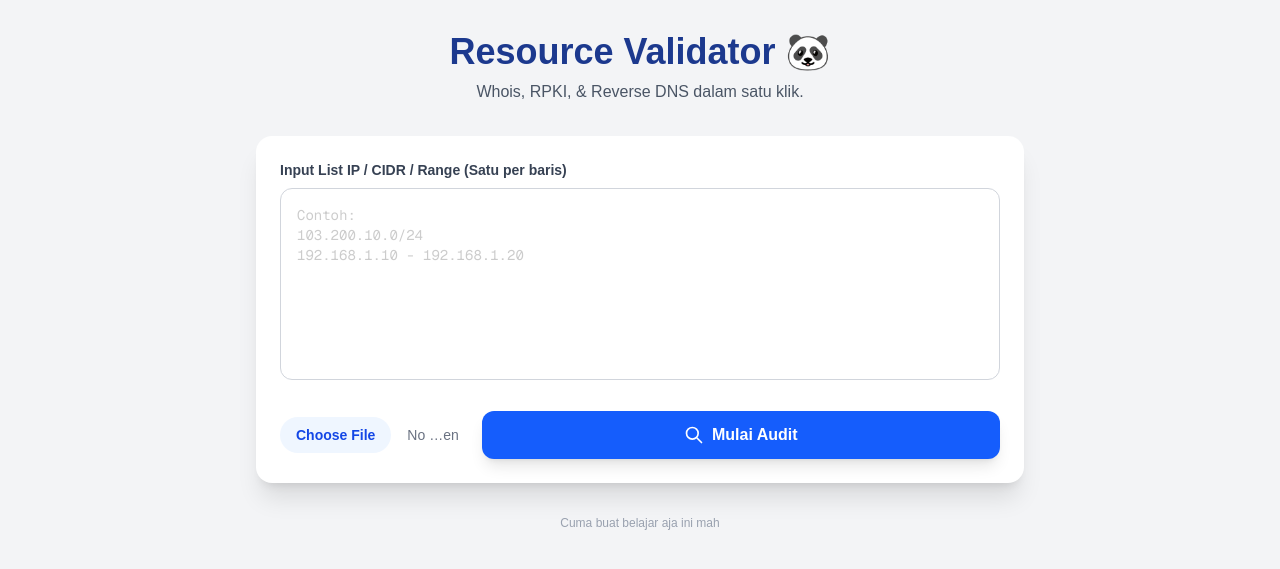
Repository: KilluaProject/resource_validator
Page: /
The author's editor kept a copy of each file at every save. The page is drawn from the files as they stood at one save, then again after the next save.
The browser window is 1280 px wide. The pictures show the whole page.
The project was rebuilt for these pictures with package versions that can differ from the ones it lists, and the page was loaded fresh each time. The framework's server and built-in components were replaced by stand-ins that run in the browser. Also part of the build but not shown: next.config.ts, components/ResultModal.tsx.

Above is the page before, as saved 2026-01-07 22:55:34.

After the next save:
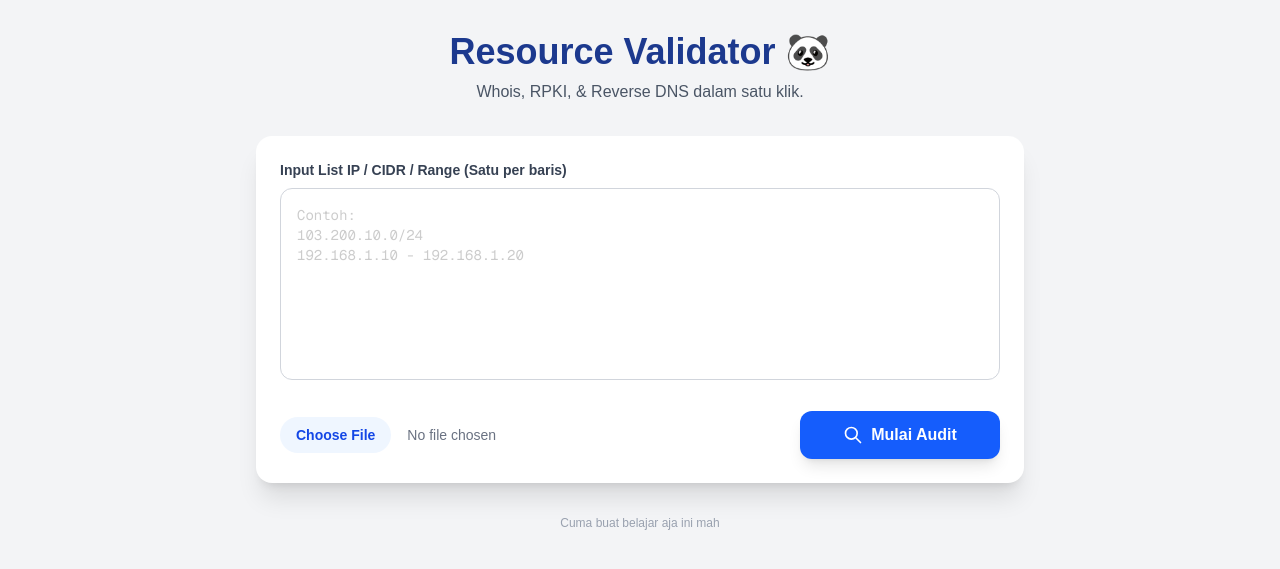
Saved 2 min 47 s later.
--- a/app/page.tsx
+++ b/app/page.tsx
@@ -100,7 +100,7 @@ export default function Home() {
           <button
               onClick={handleScan}
               disabled={loading} // Matiin tombol pas lagi loading
-              className={`w-full py-3 px-6 rounded-xl font-bold text-white transition-all shadow-lg flex items-center justify-center gap-2
+              className={`w-50 py-3 px-6 rounded-xl font-bold text-white transition-all shadow-lg flex items-center justify-center gap-2
                 ${loading
                   ? "bg-gray-400 cursor-not-allowed opacity-80" // Style pas Loading
                   : "bg-blue-600 hover:bg-blue-700 hover:shadow-blue-500/30 hover:-translate-y-0.5" // Style Normal
